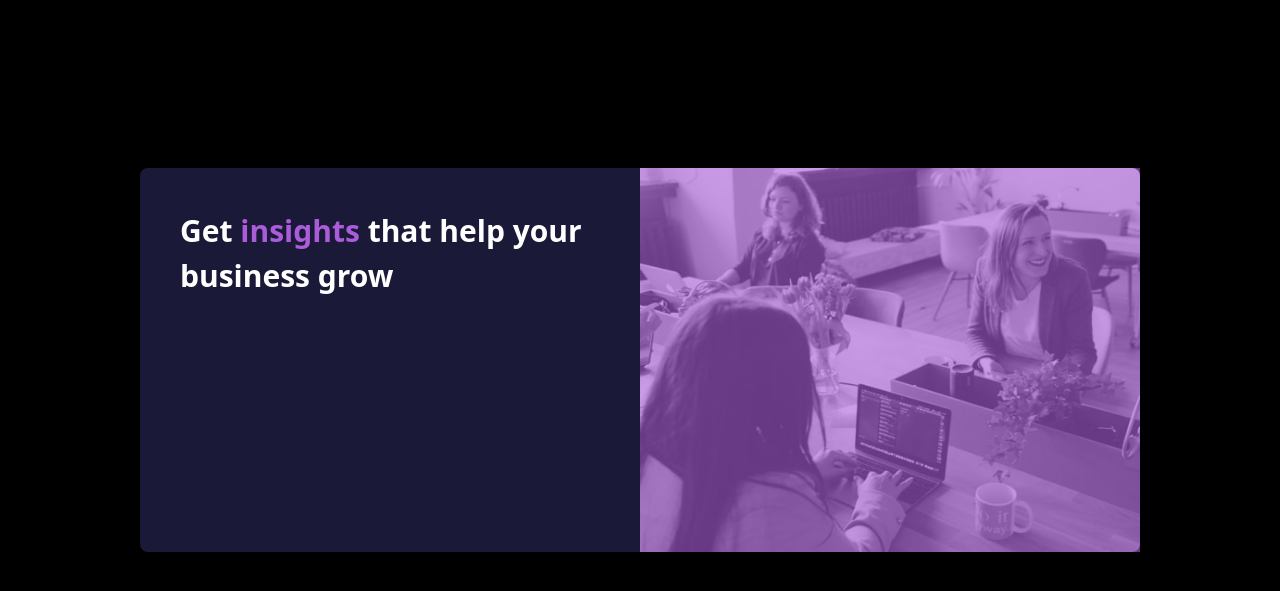
Repository: BerlinWebDev/FrontendMaster_PreviewMentor
Page: /
These files come from the project's save history. The page is drawn as it stood at one moment and after the next save; the edit follows.
The browser window is 1280 px wide. The pictures show the whole page.
The project was rebuilt for these pictures with package versions that can differ from the ones it lists, and the page was loaded fresh each time.

Above is the page before, as saved 2023-11-11 19:08:58.

After the next save:
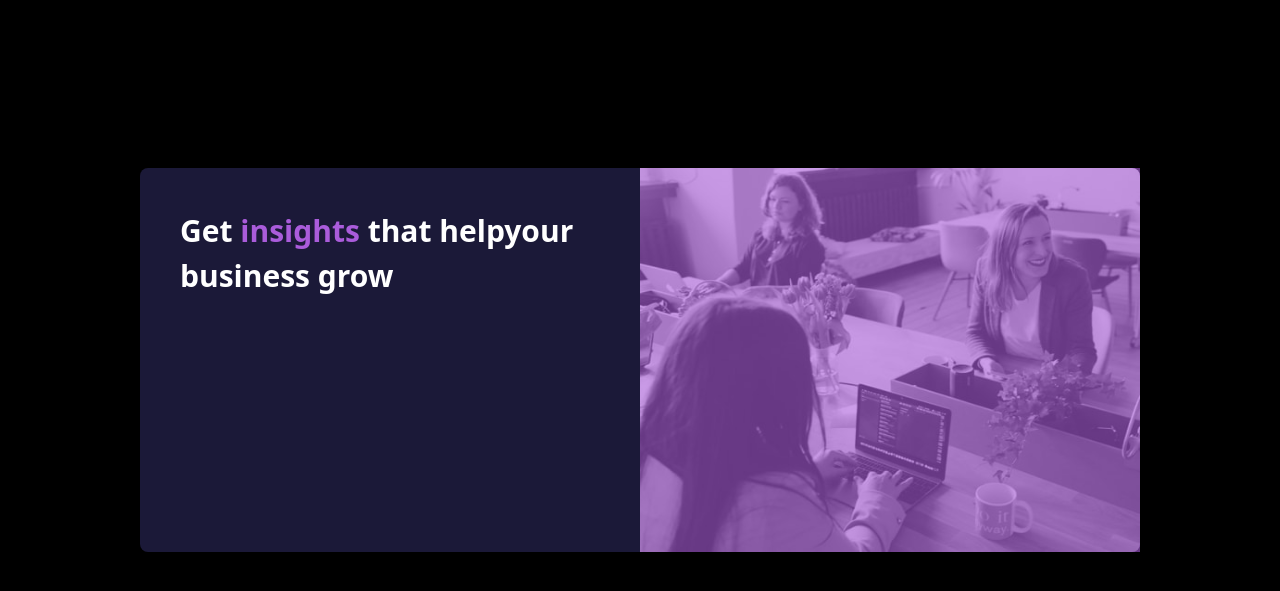
Saved 15 min 15 s later.
--- a/src/App.js
+++ b/src/App.js
@@ -14,6 +14,7 @@ function App() {
             <div className="p-10">
               <div className="text-[30px] text-white font-bold">
                 Get <span className="text-[#aa5cdb]">insights</span> that help
+                <b />
                 your business grow
               </div>
             </div>
